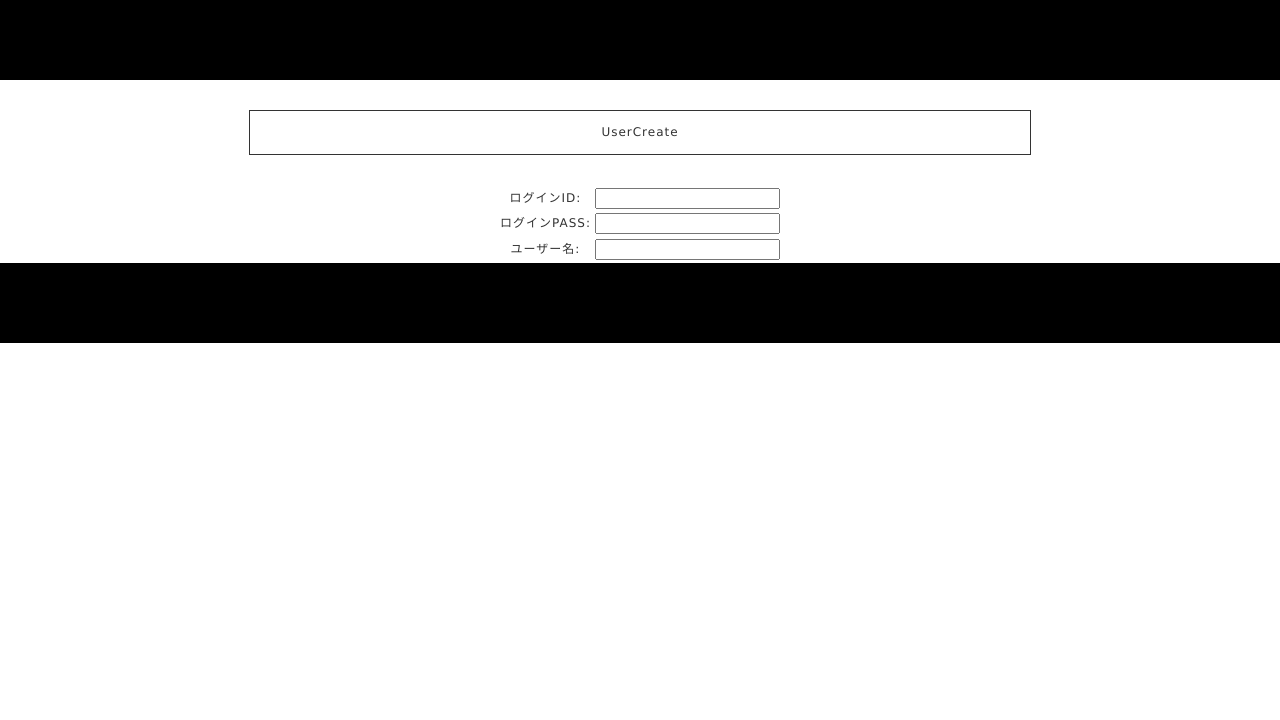
Repository: NoriakiYasumura/test01
Page: http://localhost/template/UserCreateAction.action
An editor plug-in stored every save of this project. The page is shown before and after the next save, followed by the edit.
The browser window is 1280 px wide. The pictures show the whole page.
The page is served by Tomcat 9. Other server files are loaded and not shown.

Above is the page before, as saved 2019-04-08 04:41:40.

### template/WebContent/userCreate.jsp
<%@ page language="java" contentType="text/html; charset=UTF-8"
    pageEncoding="UTF-8"%>
<%@ taglib prefix="s" uri="/struts-tags" %>
<!DOCTYPE html>
<html>
	<head>
		<meta http-equiv="Content-Type" content="text/html; charset=UTF-8"/>
		<meta http-equiv="Content-Style-Type" content="text/css"/>
		<meta http-equiv="Content-Script-Type" content="text/javascript"/>
		<meta http-equiv="imagetoolbar" content="no"/>
		<meta name="description" content=""/>
		<meta name="keywords" content=""/>
		<title>UserCreate画面e</title>

		<style type="text/css">
			/* TAG LAYOUT */
			body{
				margin:0;
				padding:0;
				line-height:1.6;
				letter-spacing:1px;
				font-family:Verdana,Helvetica,sans-serif;
				font-size:12px;
				color:#333;
				background:#fff;
			}
			table{
				text-align:center;
				margin:0 auto;
			}

			/* ID LAYOUT */
			#top{
				width:780px;
				margin:30px auto;
				border:1px solid #333;
			}
			#header{
				width:100%;
				height:80px;
				background-color:black;
			}
			#main{
				width:100%;
				height:500px;
				text-align:center;
			}
			#footer{
				width:100%;
				height:80px;
				background-color:black;
				clear:both;
			}
		</style>
	</head>
	<body>
		<div id="header">
			<div id="pr"></div>
		</div>

		<div id="main">
			<div id="top">
				<p>UserCreate</p>
			</div>
			<div>
				<s:if test="errorMessage != ">
					<s:property value="errorMessage" escape="false"/>
				</s:if>

				<table>
					<s:form action="UserCreateConfirmAction">
						<tr>
							<td>
								<label>ログインID:</label>
							</td>
							<td>
								<input type="text" name="loginUserId" value=""/>						</td>
						</tr>
						<tr>
							<td>
								<label>ログインPASS:</label>
							</td>
							<td>
								<input type="text" name="loginPassword" value=""/>						</td>
						</tr>
						<tr>
							<td>
								<label>ユーザー名:</label>
							</td>
							<td>
								<input type="text" name="loginUserName" value=""/>						</td>
						</tr>
					</s:form>
				</table>
				<div id="footer">
					<div id="pr"></div>
				</div>
			</div>
		</div>
	</body>
</html>

After the next save:
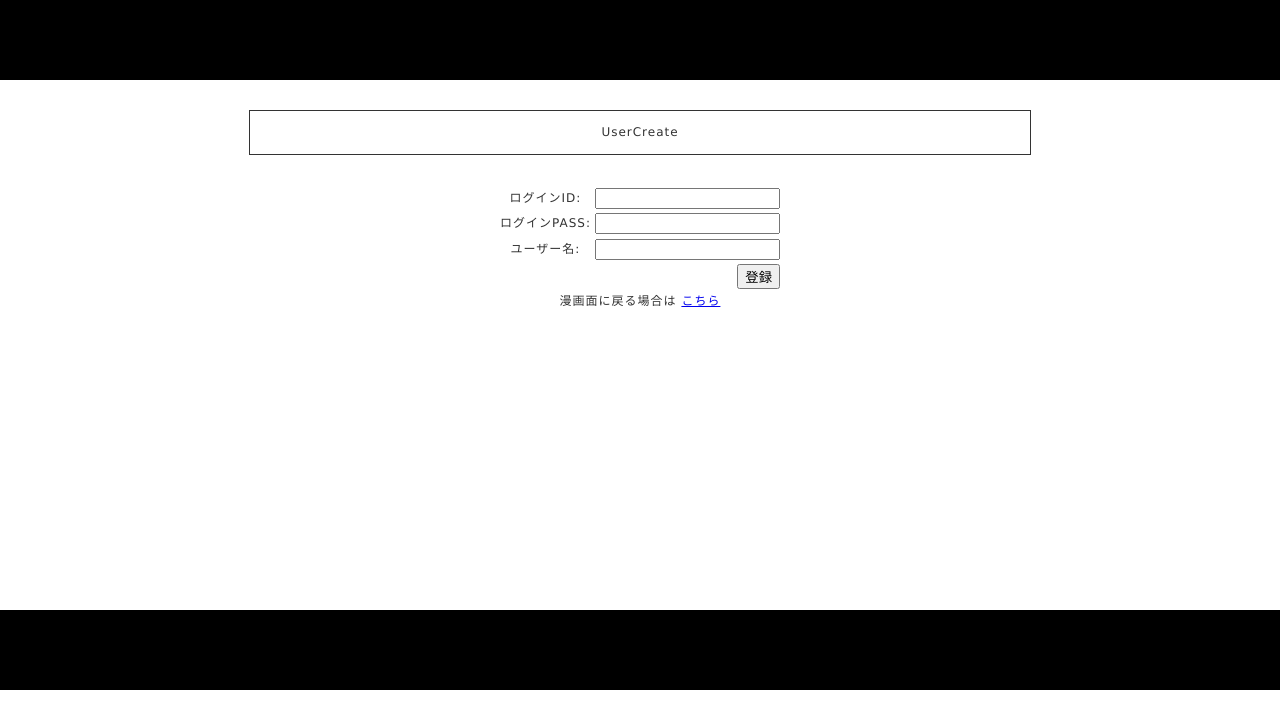
Saved 5 min 53 s later.
--- a/template/WebContent/userCreate.jsp
+++ b/template/WebContent/userCreate.jsp
@@ -74,28 +74,36 @@
 								<label>ログインID:</label>
 							</td>
 							<td>
-								<input type="text" name="loginUserId" value=""/>						</td>
+								<input type="text" name="loginUserId" value=""/>
+							</td>
 						</tr>
 						<tr>
 							<td>
 								<label>ログインPASS:</label>
 							</td>
 							<td>
-								<input type="text" name="loginPassword" value=""/>						</td>
+								<input type="text" name="loginPassword" value=""/>
+							</td>
 						</tr>
 						<tr>
 							<td>
 								<label>ユーザー名:</label>
 							</td>
 							<td>
-								<input type="text" name="loginUserName" value=""/>						</td>
+								<input type="text" name="loginUserName" value=""/>
+							</td>
 						</tr>
+						<s:submit value="登録"/>
 					</s:form>
 				</table>
-				<div id="footer">
-					<div id="pr"></div>
+				<div>
+					<span>漫画面に戻る場合は</span>
+					<a href='<s:url action="HomeAction"/>'>こちら</a>
 				</div>
 			</div>
 		</div>
+		<div id="footer">
+			<div id="pr"></div>
+		</div>
 	</body>
 </html>
